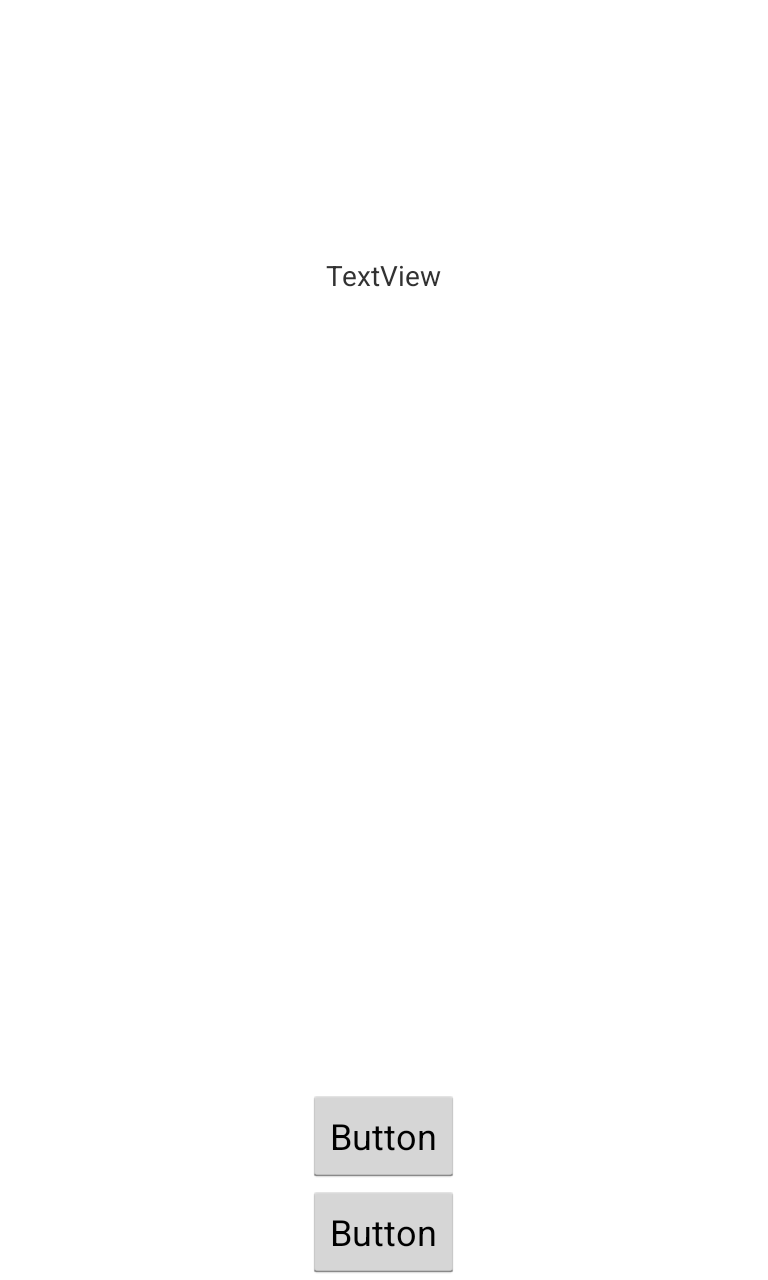
Repository: phedavkar/android_class
Layout: Counter/res/layout/main.xml
These files come from the project's save history. The layout is drawn as it stood at one moment and after the next save; the edit follows.
It is drawn on a 768 x 1280 px phone screen (xhdpi) without system bars, with theme AppTheme; the app's code is not run.

Above is the layout before, as saved 2014-04-08 17:53:07.

After the next save:
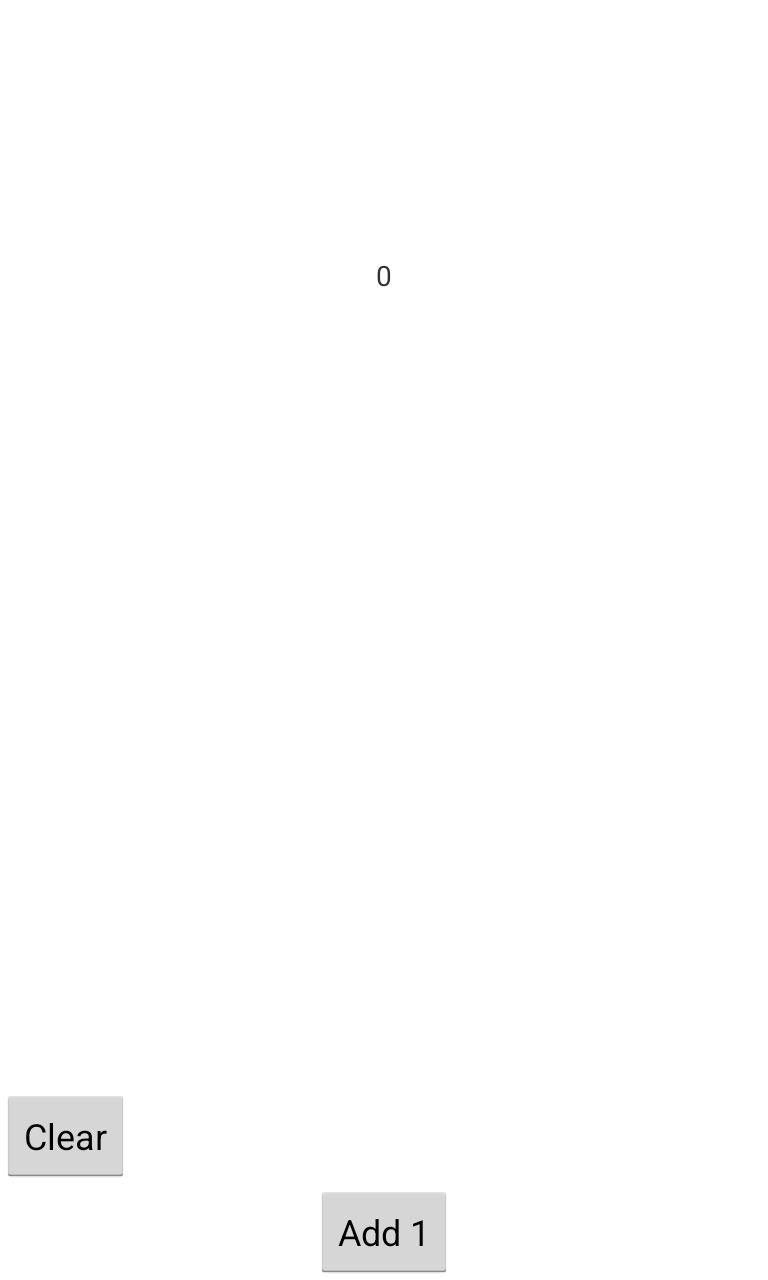
Saved 57 s later.
--- a/Counter/res/layout/main.xml
+++ b/Counter/res/layout/main.xml
@@ -4,28 +4,27 @@
     android:layout_height="match_parent" >
 
     <TextView
-        android:id="@+id/textView1"
+        android:id="@+id/counterView"
         android:layout_width="wrap_content"
         android:layout_height="wrap_content"
         android:layout_alignParentTop="true"
         android:layout_centerHorizontal="true"
         android:layout_marginTop="128dp"
-        android:text="TextView" />
+        android:text="0" />
 
     <Button
-        android:id="@+id/button1"
+        android:id="@+id/increment"
         android:layout_width="wrap_content"
         android:layout_height="wrap_content"
         android:layout_alignParentBottom="true"
         android:layout_centerHorizontal="true"
-        android:text="Button" />
+        android:text="@string/increment" />
 
     <Button
-        android:id="@+id/button2"
+        android:id="@+id/clear"
         android:layout_width="wrap_content"
         android:layout_height="wrap_content"
-        android:layout_above="@+id/button1"
-        android:layout_alignRight="@+id/button1"
-        android:text="Button" />
+        android:layout_above="@+id/increment"
+        android:text="Clear" />
 
 </RelativeLayout>
